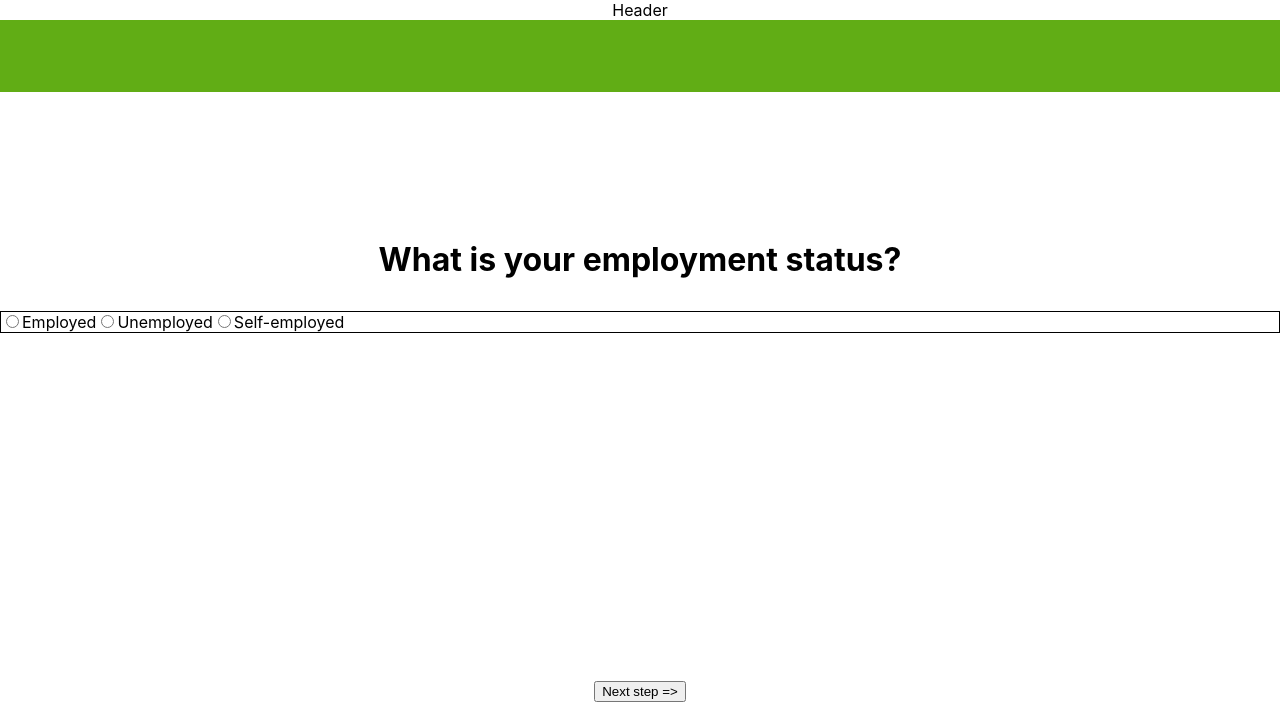
Repository: andbilous/task-survey
Page: /
An editor plug-in stored every save of this project. The page is shown before and after a run of saves, followed by the edit.
The browser window is 1280 px wide. The pictures show the whole page.
The project was rebuilt for these pictures with package versions that can differ from the ones it lists, and the page was loaded fresh each time.

Above is the page before, as saved 2020-06-16 18:45:38.

After the next 3 saves:
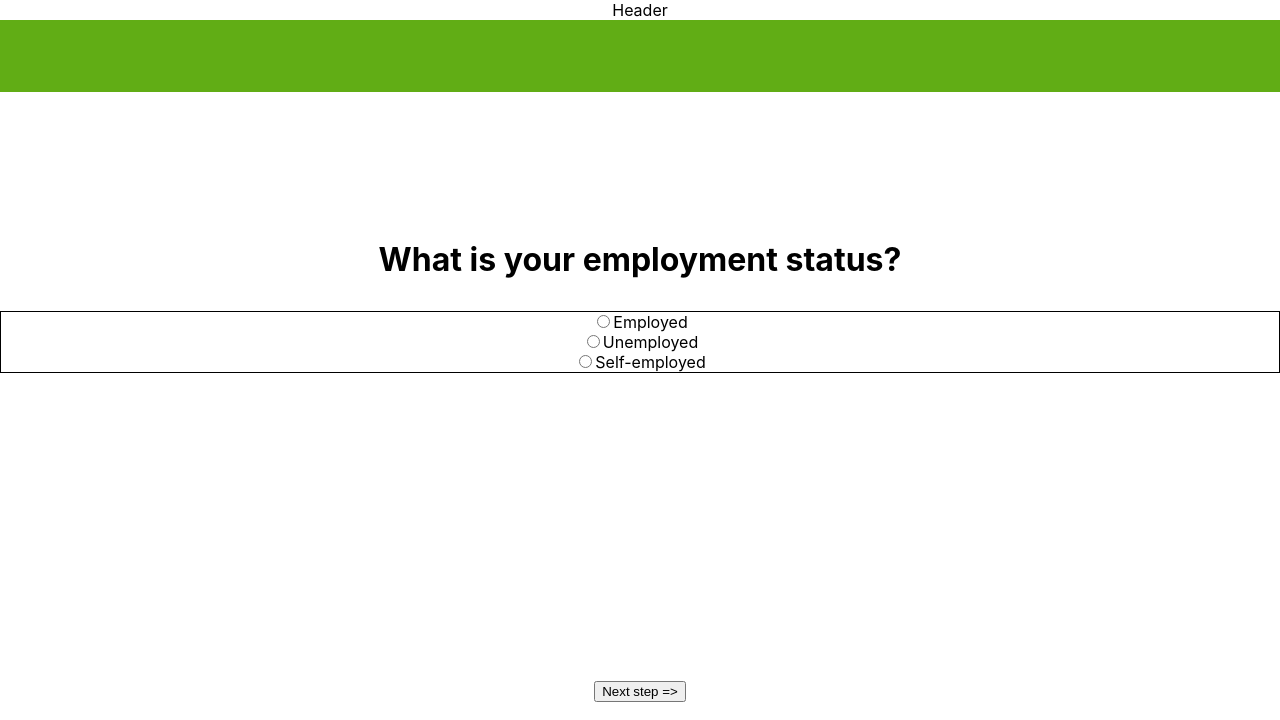
The 3 saves are shown as one change because they came seconds apart.
The last was saved 9 s later.
--- a/src/pages/EmploymentStatus.jsx
+++ b/src/pages/EmploymentStatus.jsx
@@ -27,7 +27,7 @@ const EmploymentStatusPage = () => {
       </RadioGroup>
     </FormControl> */}
       <form>
-        <div id='1' style={{marginTop: '2rem',border: '1px solid black', display:'flex'}} className="radio">
+        <div id='1' style={{marginTop: '2rem',border: '1px solid black', display:'flex',flexDirection:'column'}} className="radio">
             <label><input onChange={handleChange} name='1' type="radio" value="Employed" />Employed</label>
             <label><input onChange={handleChange} name='1' type="radio" value="Unemployed" />Unemployed</label>
             <label><input onChange={handleChange} name='1' type="radio" value="SelfEmployed" />Self-employed</label>
